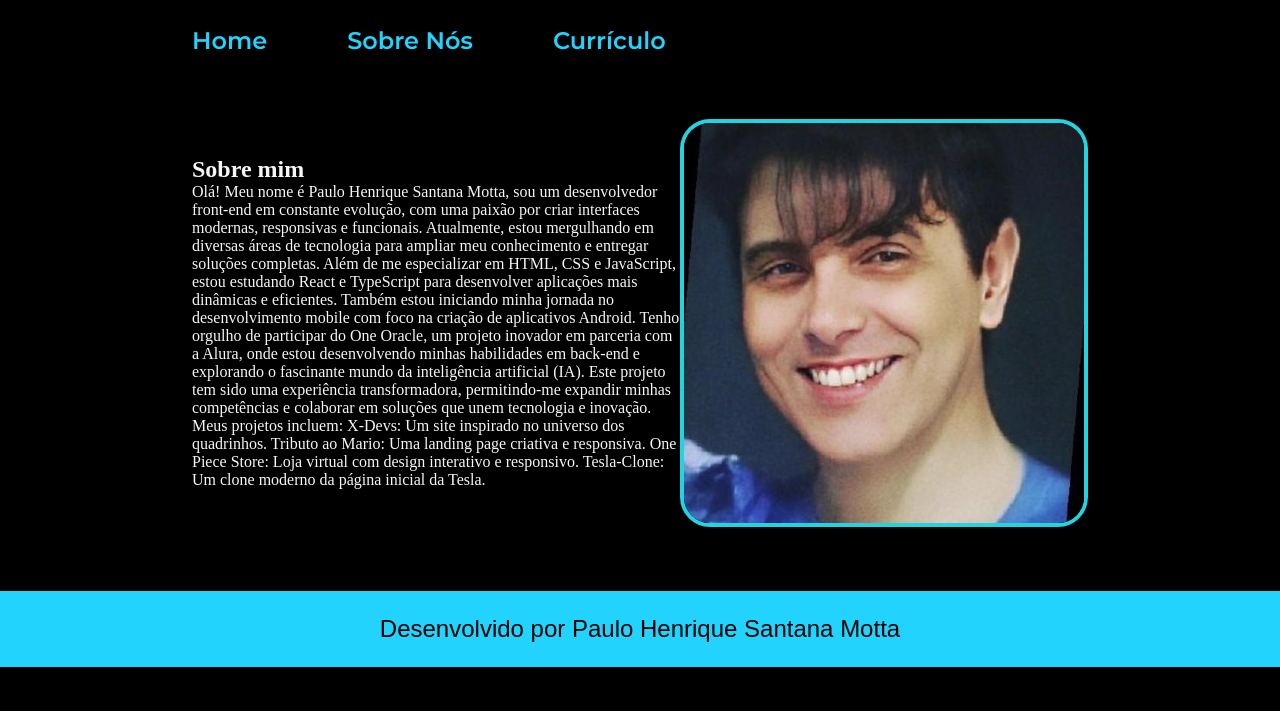
Repository: phsmottanerd/projeto-portfolio-alura
Page: about.html
An editor plug-in stored every save of this project. The page is shown before and after the next save, followed by the edit.
The browser window is 1280 px wide. The pictures show the whole page.
Some web fonts or font styles are not loaded; a fallback is used.

Above is the page before, as saved 2025-01-28 00:49:19.

### about.html
<!DOCTYPE html>
<html lang="pt-BR">
<head>
    <meta charset="UTF-8">
    <meta name="viewport" content="width=device-width, initial-scale=1.0">
   <link rel="stylesheet" href="./estilos/style.css">
    <title>Sobre mim</title>
</head>
<body>
<header class="cabecalho">
    <nav class="cabecalho__menu">
        <a class="cabecalho__menu__link" href="index.html">Home</a>
        <a class="cabecalho__menu__link" href="about.html">Sobre Nós</a>
        <a class="cabecalho__menu__link">Currículo</a>
      </nav>
</header>
<main class="apresentacao">
<section class="">

    <h1>Sobre mim</h1>
<p>Olá! Meu nome é Paulo Henrique Santana Motta, sou um desenvolvedor front-end em constante evolução, com uma paixão por criar interfaces modernas, responsivas e funcionais.

    Atualmente, estou mergulhando em diversas áreas de tecnologia para ampliar meu conhecimento e entregar soluções completas. Além de me especializar em HTML, CSS e JavaScript, estou estudando React e TypeScript para desenvolver aplicações mais dinâmicas e eficientes. Também estou iniciando minha jornada no desenvolvimento mobile com foco na criação de aplicativos Android.

    Tenho orgulho de participar do One Oracle, um projeto inovador em parceria com a Alura, onde estou desenvolvendo minhas habilidades em back-end e explorando o fascinante mundo da inteligência artificial (IA). Este projeto tem sido uma experiência transformadora, permitindo-me expandir minhas competências e colaborar em soluções que unem tecnologia e inovação.

    Meus projetos incluem:

    X-Devs: Um site inspirado no universo dos quadrinhos.
    Tributo ao Mario: Uma landing page criativa e responsiva.
    One Piece Store: Loja virtual com design interativo e responsivo.
    Tesla-Clone: Um clone moderno da página inicial da Tesla.</p>
<p></p>
</section>

<img class="img-foto" src="./img/1722867171561.jpg" alt="Paulo Henrique Santana Motta  programando" />
</main>
<footer class="rodape">
    <p>Desenvolvido por Paulo Henrique Santana Motta</p>


</footer>

</body>
</html>

### estilos/style.css
@import url('https://fonts.googleapis.com/css2?family=Krona+One&family=Montserrat:wght@400;600&display=swap');

*{
    margin: 0;
    padding: 0;
}

body{

    box-sizing: border-box;
    background-color: #000000;
    color: #F6F6F6;
}
.cabecalho{
padding: 2%  0%  0%  15%;


}
.cabecalho__menu{

    display:flex;
    gap:80px;
}

.cabecalho__menu__link{

    font-family:'Montserrat',sans-serif;
    font-size:24px;
    font-weight:600;
    color:#22D4FD;
    text-decoration:none;
}

.titulo-destaque{
    color: #22D4FD;
}

.apresentacao{
    padding: 5% 15%;
    display: flex;
    align-items: center;
    justify-content: space-between;
}
.apresentacao__conteudo{
    width: 615px;
    display: flex;
    flex-direction: column;
    gap: 40px;
}

.apresentacao__conteudo__titulo{
    font-size: 36px;
    font-family: 'Krona One', sans-serif;
}

.apresentacao__conteudo__texto{
    font-size: 24px;
    font-family: 'Montserrat', sans-serif;
}

.apresentacao__links{
    display: flex;
    flex-direction: column;
    justify-content: space-between;
    align-items: center;
    gap: 32px;
}
.apresentacao__links__subtitulo{
    font-family: 'Krona One', sans-serif;
    font-weight: 400;
    font-size: 24px;
}
.apresentacao__links__link{

    /* background-color: #22D4FD; */
    justify-content:center;
    gap:16px;
    display:flex;
    border: 2px solid #22D4FD;
    width: 378px;
    text-align: center;
    border-radius: 8px;
    font-size: 24px;
    font-weight: 600;
    padding: 21.5px 0;
    text-decoration: none;
    color: #F6F6F6;
    font-family: 'Montserrat', sans-serif;
}
.apresentacao__links__link:hover{

background-color:#272727;

}
.rodape{
padding: 24px;
color:#000;
background-color:#22D4FD;
text-align:center;
font-family:"Montsearrat",sans-serif;
 font-size: 24px;
 font-weight: 400;
}
.img-foto{
border-radius:30px;
border: 4px solid #22D4DF;
width: 500px;
heighit: 500px;
}

After the next save:
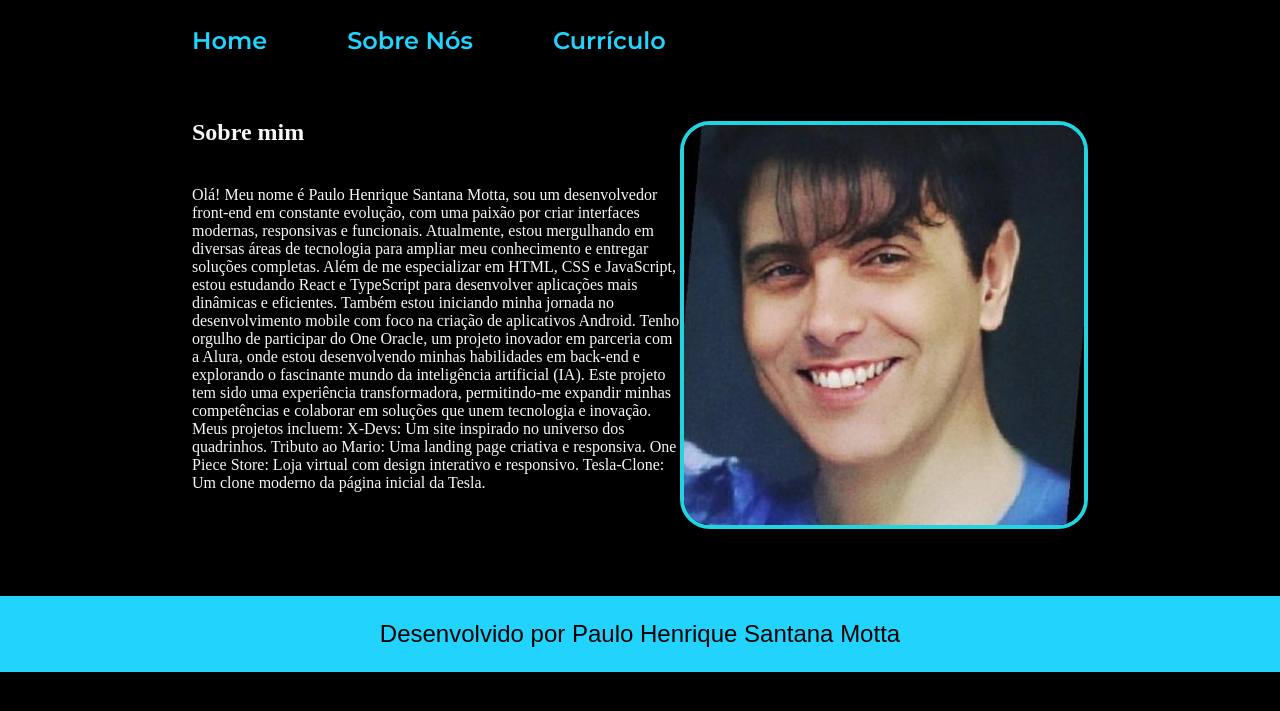
Saved 50 s later.
--- a/about.html
+++ b/about.html
@@ -15,7 +15,7 @@
       </nav>
 </header>
 <main class="apresentacao">
-<section class="">
+<section class="apresentacao__conteudo">
 
     <h1>Sobre mim</h1>
 <p>Olá! Meu nome é Paulo Henrique Santana Motta, sou um desenvolvedor front-end em constante evolução, com uma paixão por criar interfaces modernas, responsivas e funcionais.
